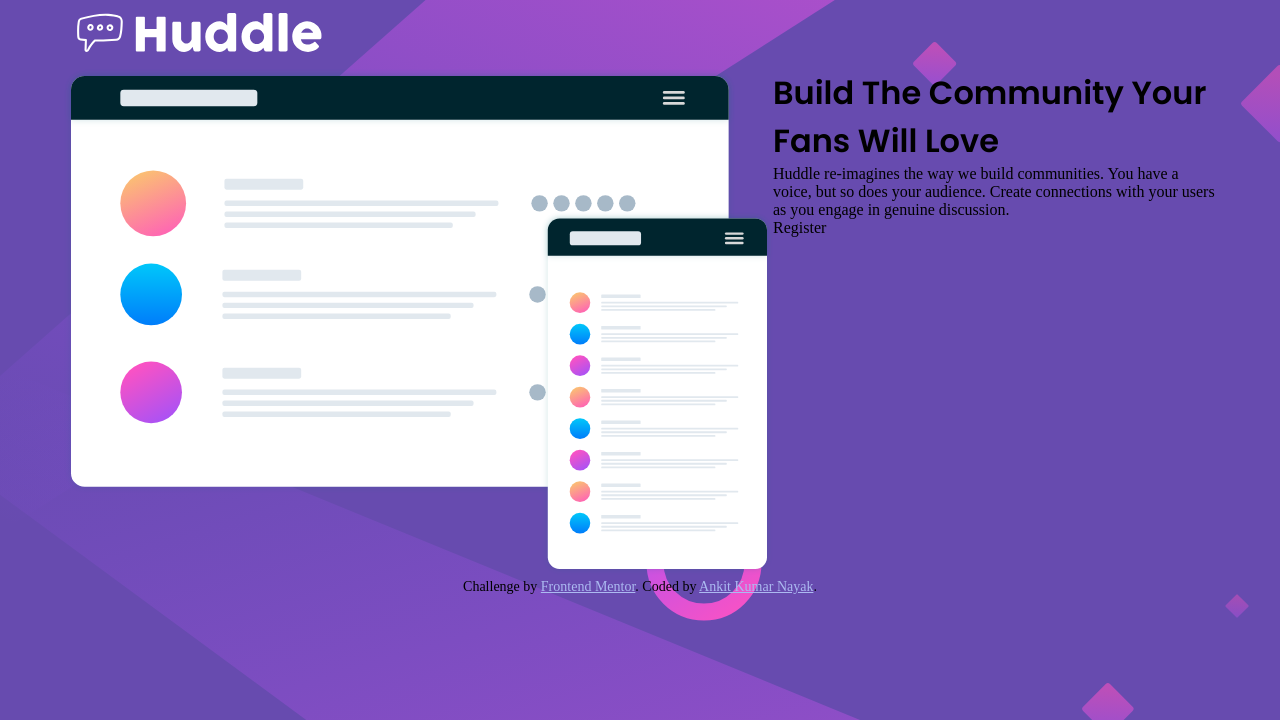
Repository: ankitnayak09/FrontEndMentor-Solutions
Page: huddle-landing-page-with-single-introductory-section-master/index.html
The author's editor kept a copy of each file at every save. The page is drawn from the files as they stood at one save, then again after the next save.
The browser window is 1280 px wide. The pictures show the whole page.

Above is the page before, as saved 2021-07-07 18:39:57.

### huddle-landing-page-with-single-introductory-section-master/index.html
<!DOCTYPE html>
<html lang="en">

<head>
  <meta charset="UTF-8">
  <meta name="viewport" content="width=device-width, initial-scale=1.0">
  <!-- displays site properly based on user's device -->

  <link rel="icon" type="image/png" sizes="32x32" href="./images/favicon-32x32.png">

  <title>Frontend Mentor | Huddle landing page with single introductory section</title>

  <!-- Feel free to remove these styles or customise in your own stylesheet 👍 -->
  <style>
    .attribution {
      font-size: 14px;
      text-align: center;
    }

    .attribution a {
      color: hsl(228, 71%, 81%);
    }
  </style>
  <link rel="stylesheet" href="style.css">
  <link rel="preconnect" href="https://fonts.googleapis.com">
<link rel="preconnect" href="https://fonts.gstatic.com" crossorigin>
<link href="https://fonts.googleapis.com/css2?family=Poppins:wght@400;600&display=swap" rel="stylesheet">
<link href="https://fonts.googleapis.com/css2?family=Open+Sans&display=swap" rel="stylesheet">
</head>

<body>
  <div class="container">
    <header><img src="images/logo.svg" alt="Huddle"></header>
    <main>
    <div class="right-col">
      <img src="images/illustration-mockups.svg" alt="">
    </div>
    <div class="left-col">
    <h1>
      Build The Community Your Fans Will Love
    </h1>
    <section>
      Huddle re-imagines the way we build communities. You have a voice, but so does your audience.
      Create connections with your users as you engage in genuine discussion.
    </section>
      Register
    </div>
  </main>
    <footer>
      <p class="attribution">
        Challenge by <a href="https://www.frontendmentor.io?ref=challenge" target="_blank">Frontend Mentor</a>.
        Coded by <a href="https://github.com/ankitnayak09">Ankit Kumar Nayak</a>.
      </p>
    </footer>
  </div>
</body>

</html>

### huddle-landing-page-with-single-introductory-section-master/style.css
* {
    margin: 0;
    padding: 0;
    box-sizing: border-box;
}
body {
    font-family: ;
}
.container {
    height: 100vh;
    width: 100vw;
    margin: auto;
    background-image: url(images/bg-desktop.svg);
    background-color: hsl(257, 40%, 49%);
    padding: 0 5%;
}

header img {
    cursor: pointer;
}
main {
    display: flex;
}
h1 {
    font-family: 'Poppins', sans-serif;
}


@media only screen and (max-width:375px) {

}

After the next save:
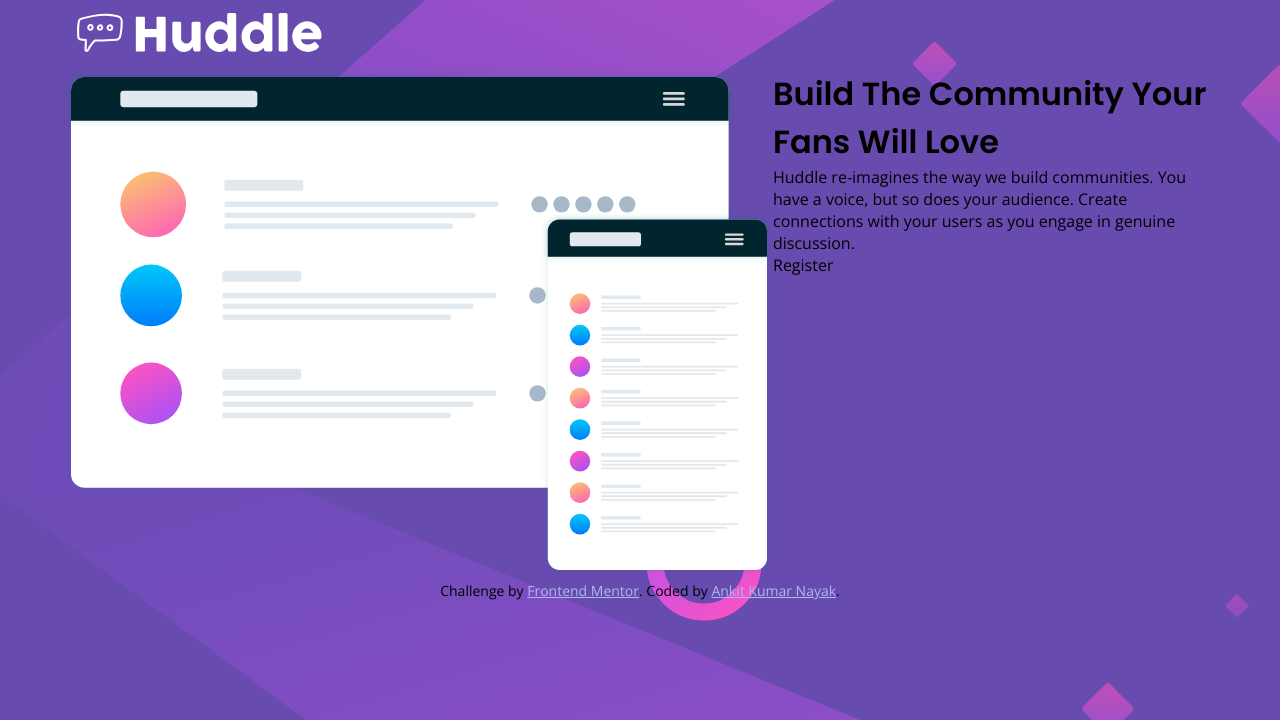
Saved 31 s later.
--- a/huddle-landing-page-with-single-introductory-section-master/style.css
+++ b/huddle-landing-page-with-single-introductory-section-master/style.css
@@ -4,7 +4,7 @@
     box-sizing: border-box;
 }
 body {
-    font-family: ;
+    font-family: 'Open Sans', sans-serif;
 }
 .container {
     height: 100vh;
